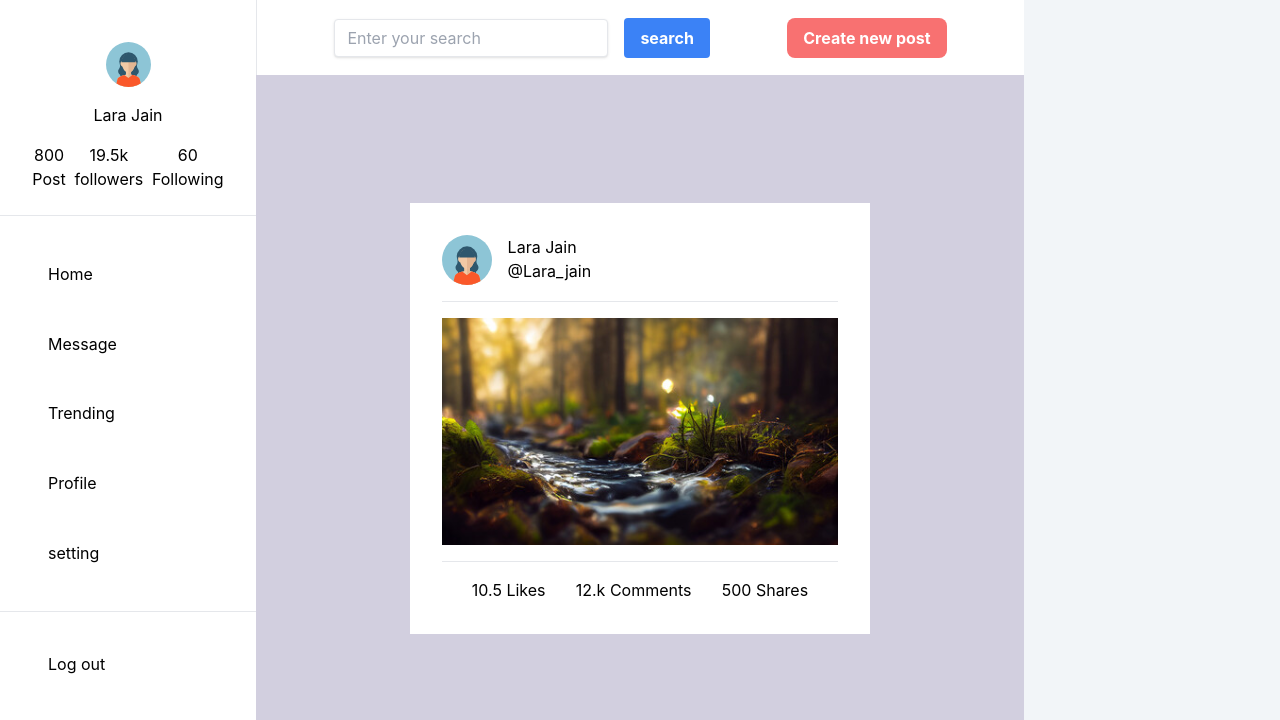
Repository: cosmicswati/upgrad-captions-project
Page: /
An editor plug-in stored every save of this project. The page is shown before and after the next save, followed by the edit.
The browser window is 1280 px wide. The pictures show the whole page.
An inner scrolling area shows only its first screen. The project was rebuilt for these pictures with package versions that can differ from the ones it lists, and the page was loaded fresh each time. Also part of the build but not shown: src/modules/Authorization/Form.jsx, src/modules/Authorization/index.js.

Above is the page before, as saved 2024-04-09 16:11:57.

After the next save:
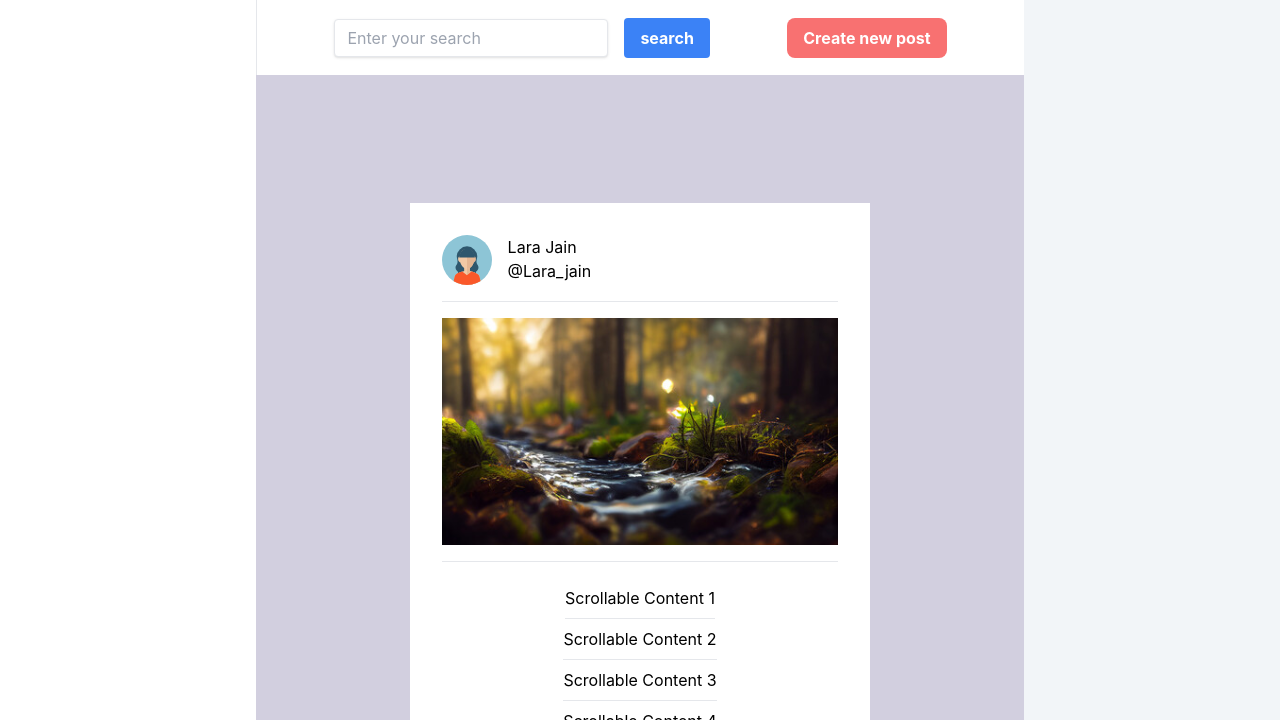
Saved 2 min 21 s later.
--- a/src/modules/Home/index.js
+++ b/src/modules/Home/index.js
@@ -1,73 +1,48 @@
-import React from 'react'
-import { ReactComponent as Avatar} from '../../assets/Avatar.svg'
+import React from 'react';
+import { ReactComponent as Avatar } from '../../assets/Avatar.svg';
 import Input from '../../components/Input';
 import Button from '../../components/Button';
-import postImg from '../../assets/postImg.jpg'
+import postImg from '../../assets/postImg.jpg';
 
 const Home = () => {
   return (
-    <div className='h-screen bg-[#d2cfdf]  flex overflow-hidden'>
-        <div className='w-[20%] bg-white flex flex-col'>
-            <div className='h-[30%] flex justify-center items-center border-b'>
-                <div className='flex flex-col justify-center items-center'>
-                    <Avatar width={'45px'} height={'45px'}/>
-                    <p className='my-4'>Lara Jain</p>
-                    <div className='h-[30px] flex justify-around w-[200px] text-center'>
-                        <div className='flex flex-col justify-around items-center'>
-                            <h4>800</h4>
-                            <p>Post</p>
-                        </div>
-                        <div>
-                            <h4>19.5k</h4>
-                            <p>followers</p>
-                        </div>
-                        <div>
-                            <h4>60</h4>
-                            <p>Following</p>
-                        </div>
-                    </div>
-                </div>
+    <div className='h-screen bg-[#d2cfdf] flex overflow-hidden'>
+      <div className='w-[20%] bg-white flex flex-col'>
+        {/* Left Sidebar Content */}
+      </div>
+      <div className='w-[60%] overflow-y-scroll scrollbar-hide'>
+        {/* Middle Content */}
+        <div className='bg-white h-[75px] border-l flex justify-evenly items-center pt-4'>
+          <div className='flex justify-center items-center'>
+            <Input placeholder='Enter your search' />
+            <Button label='search' className='mb-4 ml-4' />
+          </div>
+          <Button label='Create new post' className='rounded-lg bg-red-400 hover:bg-red-500 mb-4' />
+        </div>
+        <div className='bg-white w-[60%] mx-auto mt-32 p-8'>
+          <div className='border-b flex item-center pb-4 mb-4'>
+            <Avatar width={'50px'} height={'50px'} />
+            <div className='ml-4'>
+              <h3>Lara Jain</h3>
+              <p>@Lara_jain</p>
             </div>
-            <div className='h-[55%] flex flex-col justify-evenly pl-12 border-b'>
-                    <div>Home</div>
-                    <div>Message</div>
-                    <div>Trending</div>
-                    <div>Profile</div>
-                    <div>setting</div>
-            </div>
-            <div className='h-[15%] pt-10'>
-                <div className='ml-12 cursor-pointer'>Log out</div>
-            </div>
+          </div>
+          <div className='border-b pb-4 mb-4'>
+            <img src={postImg} alt='Post' width={'500px'} />
+          </div>
+          {/* Additional content to demonstrate scrolling */}
+          <div className='flex flex-col justify-center items-center mt-4'>
+            {[...Array(20)].map((_, index) => (
+              <div key={index} className='border-b py-2'>
+                Scrollable Content {index + 1}
+              </div>
+            ))}
+          </div>
         </div>
-        <div className='w-[60%] overflow-scroll h-full scrollbar-hide'>
-            <div className='bg-white h-[75px] border-l flex justify-evenly items-center pt-4'>
-                 <div className='flex justify-center items-center'>
-                    <Input placeholder='Enter your search '/>
-                    <Button label='search'  className='mb-4 ml-4'/>
-                 </div>
-                 <Button label='Create new post'  className='rounded-lg bg-red-400 hover:bg-red-500 mb-4'/>
-            </div>
-            <div className='bg-white w-[60%]  mx-auto mt-32 p-8'>
-                <div className='border-b flex item-center pb-4 mb-4'>
-                    <Avatar width={'50px'} height={'50px'} />
-                   <div className='ml-4'>
-                   <h3>Lara Jain</h3>
-                    <p>@Lara_jain</p>
-                   </div>
-                </div>
-                <div className='border-b pb-4 mb-4'>
-                    <img src={postImg} width={'500px'}/>
-                </div>
-                <div className='flex justify-evenly mt-4'>
-                    <div>10.5 Likes</div>
-                    <div>12.k Comments</div>
-                    <div>500 Shares</div>
-                </div>
-            </div>
-        </div>
-        <div className='w-[20%] bg-[#F2F5F8]'></div>
+      </div>
+      <div className='w-[20%] bg-[#F2F5F8]'></div>
     </div>
-  )
-}
+  );
+};
 
-export default Home
+export default Home;

After the save that followed:
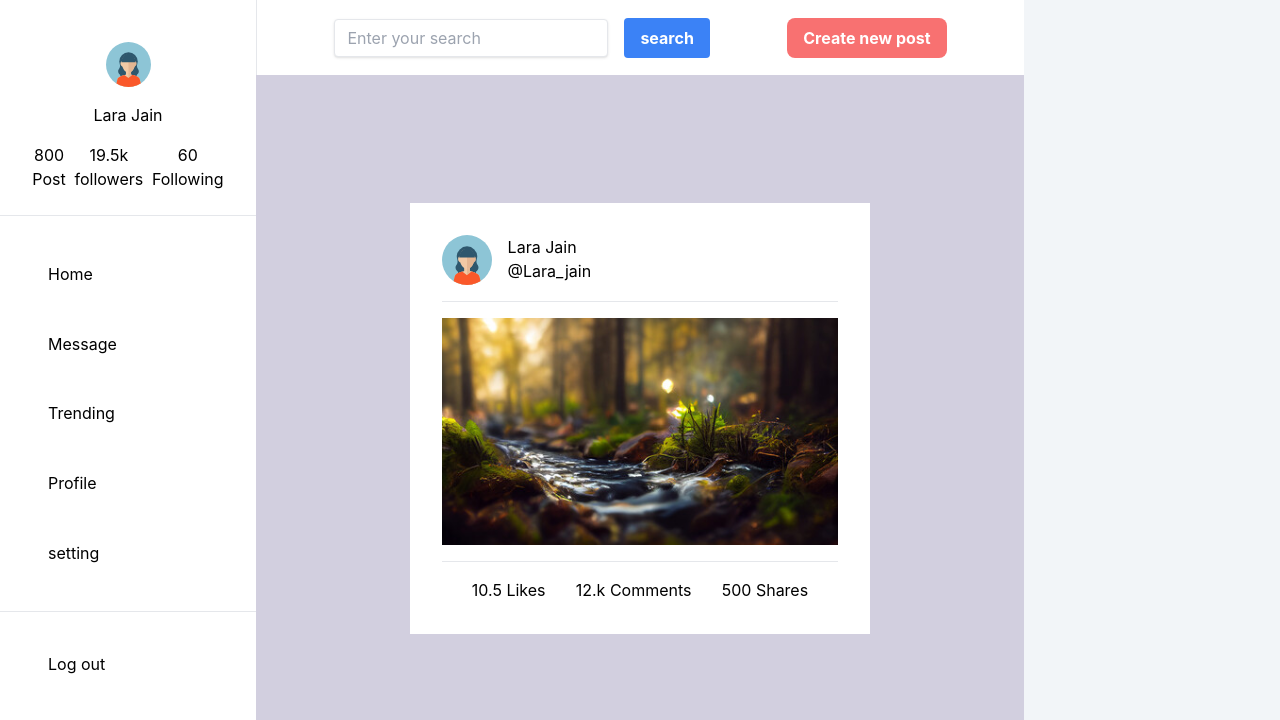
Saved 115 s later.
--- a/src/modules/Home/index.js
+++ b/src/modules/Home/index.js
@@ -1,48 +1,73 @@
-import React from 'react';
-import { ReactComponent as Avatar } from '../../assets/Avatar.svg';
+import React from 'react'
+import { ReactComponent as Avatar} from '../../assets/Avatar.svg'
 import Input from '../../components/Input';
 import Button from '../../components/Button';
-import postImg from '../../assets/postImg.jpg';
+import postImg from '../../assets/postImg.jpg'
 
 const Home = () => {
   return (
-    <div className='h-screen bg-[#d2cfdf] flex overflow-hidden'>
-      <div className='w-[20%] bg-white flex flex-col'>
-        {/* Left Sidebar Content */}
-      </div>
-      <div className='w-[60%] overflow-y-scroll scrollbar-hide'>
-        {/* Middle Content */}
-        <div className='bg-white h-[75px] border-l flex justify-evenly items-center pt-4'>
-          <div className='flex justify-center items-center'>
-            <Input placeholder='Enter your search' />
-            <Button label='search' className='mb-4 ml-4' />
-          </div>
-          <Button label='Create new post' className='rounded-lg bg-red-400 hover:bg-red-500 mb-4' />
+    <div className='h-screen bg-[#d2cfdf]  flex overflow-hidden'>
+        <div className='w-[20%] bg-white flex flex-col'>
+            <div className='h-[30%] flex justify-center items-center border-b'>
+                <div className='flex flex-col justify-center items-center'>
+                    <Avatar width={'45px'} height={'45px'}/>
+                    <p className='my-4'>Lara Jain</p>
+                    <div className='h-[30px] flex justify-around w-[200px] text-center'>
+                        <div className='flex flex-col justify-around items-center'>
+                            <h4>800</h4>
+                            <p>Post</p>
+                        </div>
+                        <div>
+                            <h4>19.5k</h4>
+                            <p>followers</p>
+                        </div>
+                        <div>
+                            <h4>60</h4>
+                            <p>Following</p>
+                        </div>
+                    </div>
+                </div>
+            </div>
+            <div className='h-[55%] flex flex-col justify-evenly pl-12 border-b'>
+                    <div>Home</div>
+                    <div>Message</div>
+                    <div>Trending</div>
+                    <div>Profile</div>
+                    <div>setting</div>
+            </div>
+            <div className='h-[15%] pt-10'>
+                <div className='ml-12 cursor-pointer'>Log out</div>
+            </div>
         </div>
-        <div className='bg-white w-[60%] mx-auto mt-32 p-8'>
-          <div className='border-b flex item-center pb-4 mb-4'>
-            <Avatar width={'50px'} height={'50px'} />
-            <div className='ml-4'>
-              <h3>Lara Jain</h3>
-              <p>@Lara_jain</p>
+        <div className='w-[60%] overflow-scroll h-full scrollbar-hide'>
+            <div className='bg-white h-[75px] border-l flex justify-evenly items-center pt-4'>
+                 <div className='flex justify-center items-center'>
+                    <Input placeholder='Enter your search '/>
+                    <Button label='search'  className='mb-4 ml-4'/>
+                 </div>
+                 <Button label='Create new post'  className='rounded-lg bg-red-400 hover:bg-red-500 mb-4'/>
             </div>
-          </div>
-          <div className='border-b pb-4 mb-4'>
-            <img src={postImg} alt='Post' width={'500px'} />
-          </div>
-          {/* Additional content to demonstrate scrolling */}
-          <div className='flex flex-col justify-center items-center mt-4'>
-            {[...Array(20)].map((_, index) => (
-              <div key={index} className='border-b py-2'>
-                Scrollable Content {index + 1}
-              </div>
-            ))}
-          </div>
+            <div className='bg-white w-[60%]  mx-auto mt-32 p-8'>
+                <div className='border-b flex item-center pb-4 mb-4'>
+                    <Avatar width={'50px'} height={'50px'} />
+                   <div className='ml-4'>
+                   <h3>Lara Jain</h3>
+                    <p>@Lara_jain</p>
+                   </div>
+                </div>
+                <div className='border-b pb-4 mb-4'>
+                    <img src={postImg} width={'500px'}/>
+                </div>
+                <div className='flex justify-evenly mt-4'>
+                    <div>10.5 Likes</div>
+                    <div>12.k Comments</div>
+                    <div>500 Shares</div>
+                </div>
+            </div>
         </div>
-      </div>
-      <div className='w-[20%] bg-[#F2F5F8]'></div>
+        <div className='w-[20%] bg-[#F2F5F8]'></div>
     </div>
-  );
-};
+  )
+}
 
-export default Home;
+export default Home
